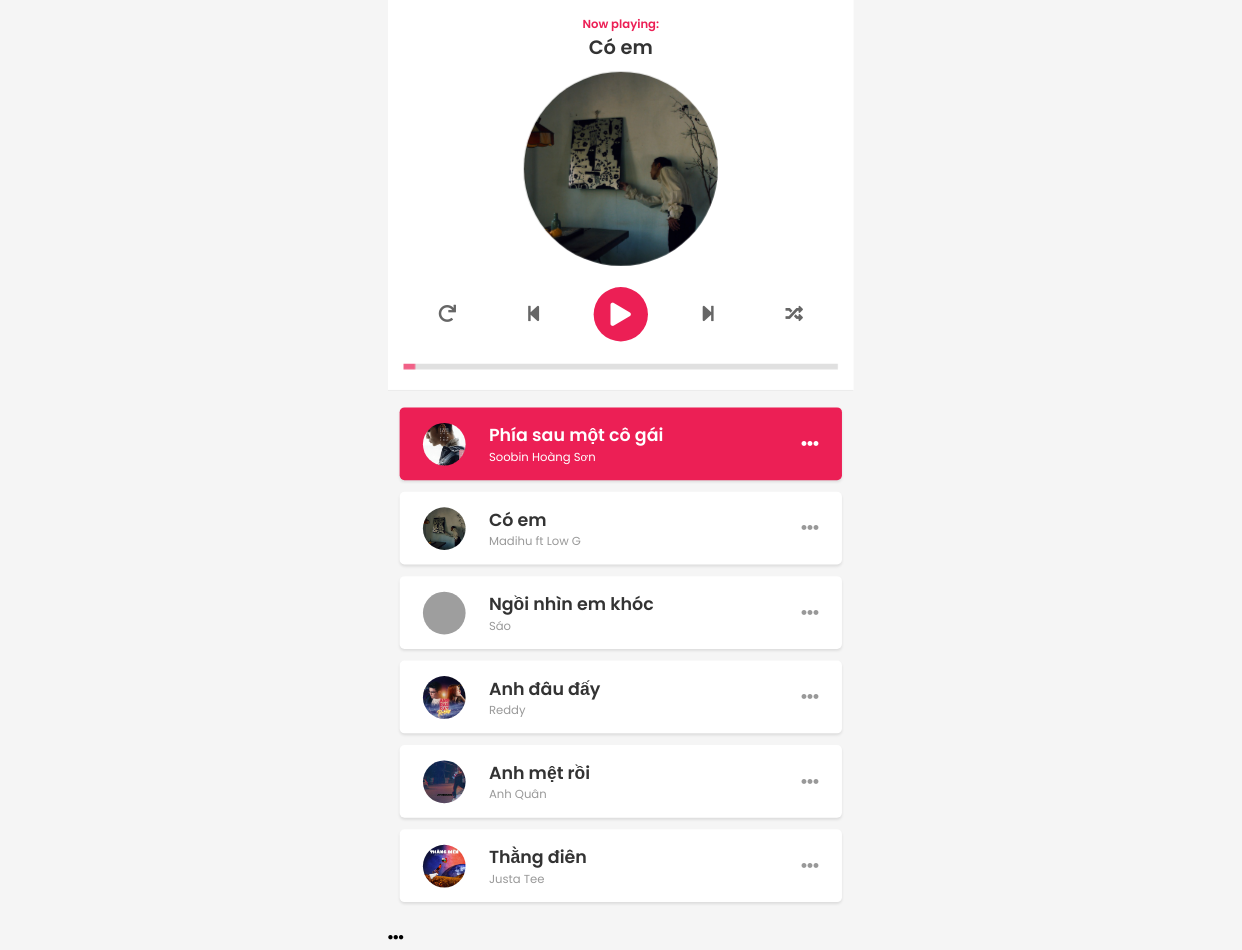
Repository: phan250501/Music
Page: index.html
The author's editor kept a copy of each file at every save. The page is drawn from the files as they stood at one save, then again after the next save.
The browser window is 1280 px wide. The pictures show the whole page, at 97% of full size.
After loading, the first visible `div.btn-next` was clicked once.
Pictures or frames that could not be fetched are drawn as grey boxes.

Above is the page before, as saved 2023-06-07 13:22:47.

After the next save:
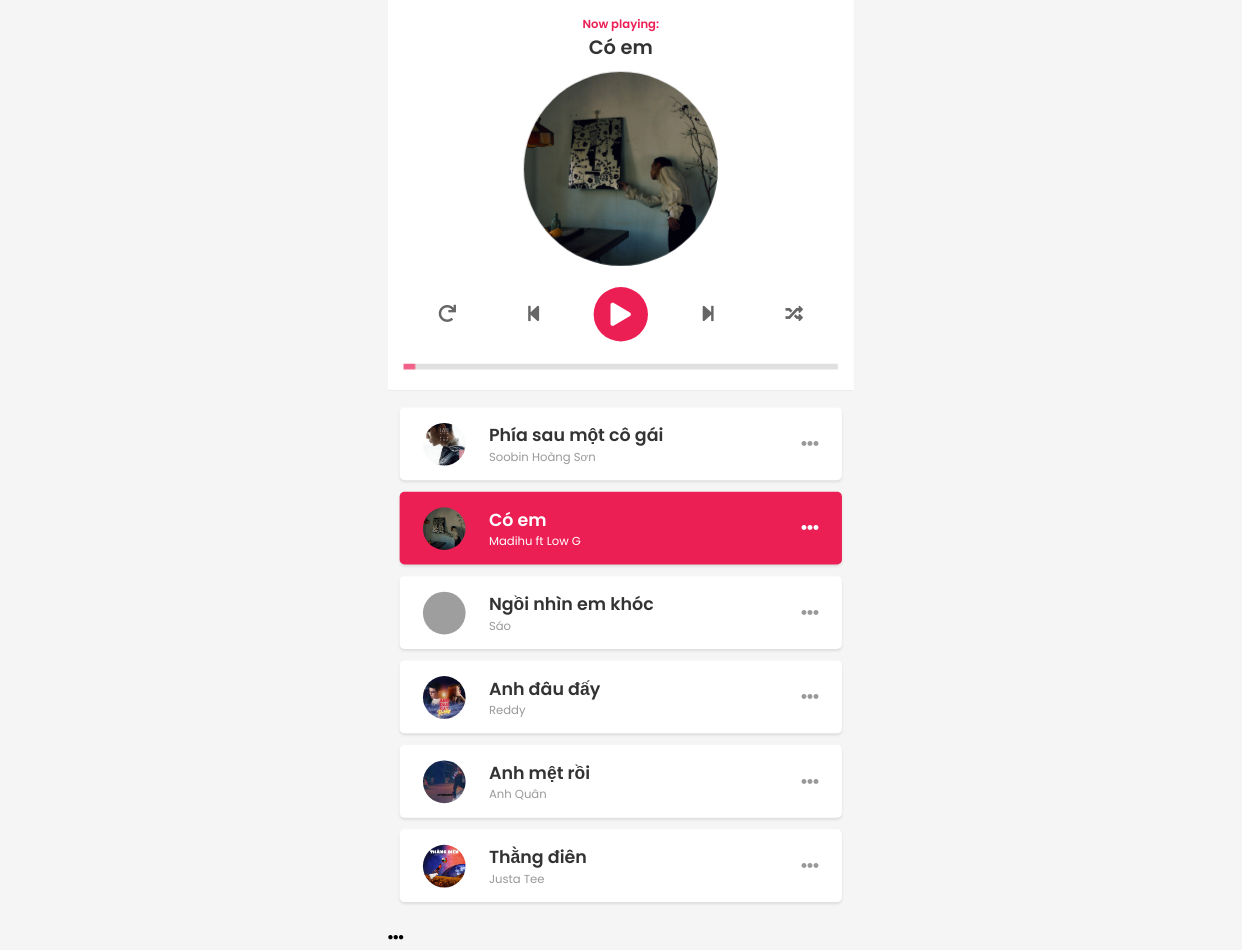
Saved 46 s later.
--- a/index.js
+++ b/index.js
@@ -141,6 +141,7 @@
                         _this.nextSong();
                     }
                     audio.play();
+                    _this.render();
                 }
                  //Khi prev song
                 prevBtn.onclick = function(){
